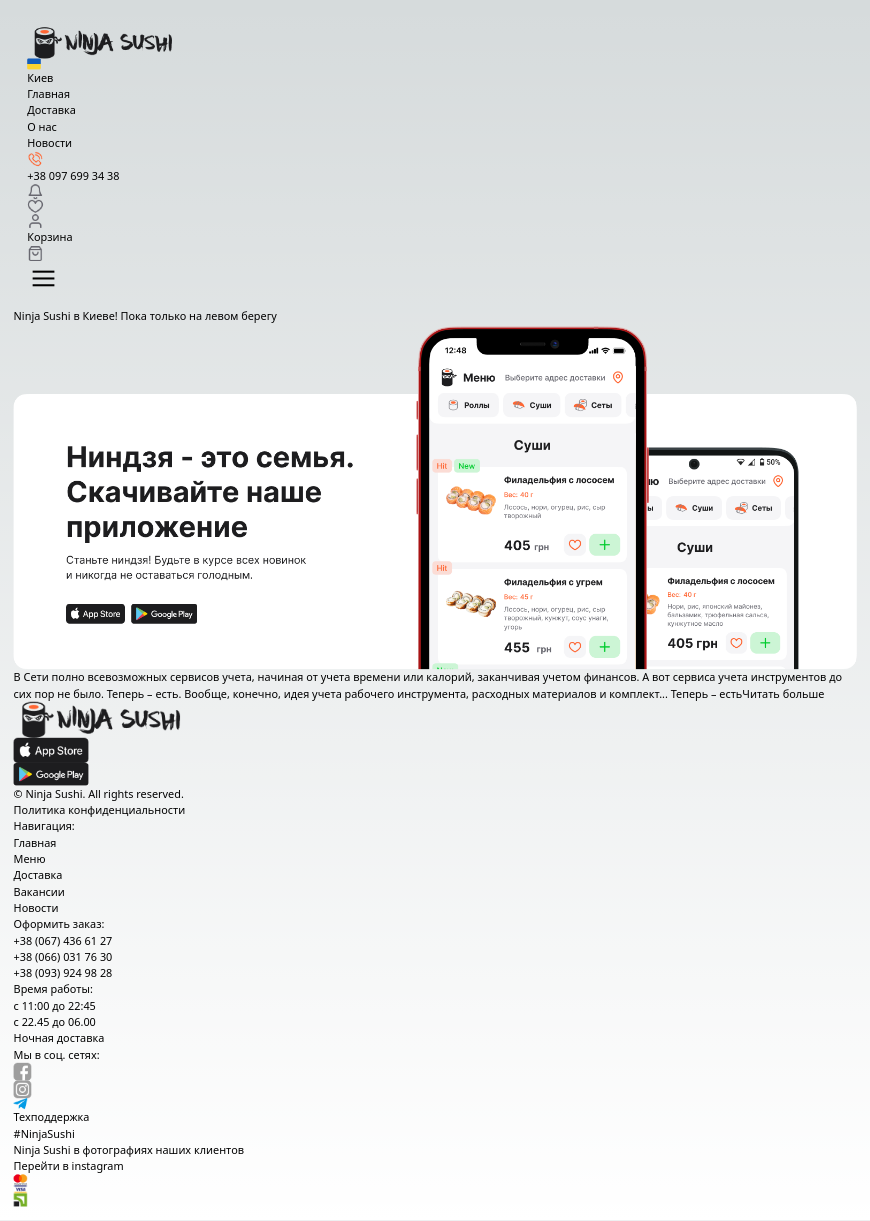
Repository: shokirovG/loyiha
Page: /News
An editor plug-in stored every save of this project. The page is shown before and after the next save, followed by the edit.
The browser window is 1280 px wide. The pictures show the whole page, at 68% of full size.
The project was rebuilt for these pictures with package versions that can differ from the ones it lists, and the page was loaded fresh each time. The framework's server and built-in components were replaced by stand-ins that run in the browser. Also part of the build but not shown: next.config.js, Components/Categories.jsx, Components/OpenNav.jsx.

Above is the page before, as saved 2023-07-01 13:38:27.

### pages/News.jsx
import { Header, Slider } from "@/Components";
import Footer from "@/Components/Footer";
import React from "react";

const News = () => {
  return (
    <div className="container p-5">
      <Header />
      <Slider />
      <Footer />
    </div>
  );
};

export default News;

### Components/index.js
export { default as Header } from "./Header";
export { default as Burger } from "./Burger";
export { default as Categories } from "./Categories";
export { default as Slider } from "./Slider";
export { default as OpenNav } from "./OpenNav";

### Components/Footer.jsx
import Image from "next/image";
import Link from "next/link";
import React from "react";

const Footer = () => {
  return (
    <div className="bigOne w-[100%] min-h-[160vh] gap-[50px] text-[16px] text-[#9E9E9E] flex flex-col justify-between mt-10">
      <Image src={"/imgs/play.png"} width={1500} height={644} />
      <p className="paragraph w-[60%] text-center m-auto">
        В Сети полно всевозможных сервисов учета, начиная от учета времени или
        калорий, заканчивая учетом финансов. А вот сервиса учета инструментов до
        сих пор не было. Теперь – есть. Вообще, конечно, идея учета рабочего
        инструмента, расходных материалов и комплект... Теперь – есть
        <span className="float-right text-[#00CC2D] mt-2">Читать больше</span>
      </p>
      <div className="footer flex items-center justify-evenly max-w-[100%] bg-white min-h-[376px] rounded-lg">
        <div className="w-[246px] h-[248px] flex flex-col items-center justify-between">
          <div className="w-[246px] h-[156px] flex flex-col items-center justify-around">
            <Image src={"/imgs/logo.png"} width={246} height={59} />
            <div className="w-[246px] flex justify-around">
              <Image src={"/imgs/appstore.png"} width={110} height={37} />
              <Image src={"/imgs/google.png"} width={110} height={37} />
            </div>
            <span className="text-[14px]">
              © Ninja Sushi. All rights reserved.
            </span>
          </div>
          <span className="text-[14px] text-[#1D1D1F] font-[500]">
            Политика конфиденциальности
          </span>
        </div>
        <div className="footer_items max-w-[754px] min-h-[184px] flex justify-between gap-10 mb-5">
          <ul className="flex flex-col gap-[5px] w-[101px] h-[100%]">
            <li className="text-[14px] text-[#686870]">Навигация:</li>
            <li>
              <Link
                className="text-[16px] text-[#1D1D1F] font-[500]"
                href={"/"}
              >
                Главная
              </Link>
            </li>
            <li>
              <Link
                className="text-[16px] text-[#1D1D1F] font-[500]"
                href={"#"}
              >
                Меню
              </Link>
            </li>
            <li>
              <Link
                className="text-[16px] text-[#1D1D1F] font-[500]"
                href={"#"}
              >
                Доставка
              </Link>
            </li>
            <li>
              <Link
                className="text-[16px] text-[#1D1D1F] font-[500]"
                href={"#"}
              >
                Вакансии
              </Link>
            </li>
            <li>
              <Link
                className="text-[16px] text-[#1D1D1F] font-[500]"
                href={"#"}
              >
                Новости
              </Link>
            </li>
          </ul>

          <ul className="w-[168px] h-[120px] flex flex-col items-start gap-[5px]">
            <li className="text-[14px] text-[#686870]">Оформить заказ:</li>
            <li>
              <Link
                className="text-[16px] text-[#1D1D1F] font-[500]"
                href={"/"}
              >
                +38 (067) 436 61 27
              </Link>
            </li>
            <li>
              <Link
                className="text-[16px] text-[#1D1D1F] font-[500]"
                href={"#"}
              >
                +38 (066) 031 76 30
              </Link>
            </li>
            <li>
              <Link
                className="text-[16px] text-[#1D1D1F] font-[500]"
                href={"#"}
              >
                +38 (093) 924 98 28
              </Link>
            </li>
          </ul>

          <ul className="w-[137px] h-[120px] flex flex-col items-start gap-[5px]">
            <li className="text-[14px] text-[#686870]">Время работы:</li>
            <li>
              <Link
                className="text-[16px] text-[#1D1D1F] font-[500]"
                href={"/"}
              >
                с 11:00 до 22:45
              </Link>
            </li>
            <li>
              <Link
                className="text-[16px] text-[#1D1D1F] font-[500]"
                href={"#"}
              >
                с 22.45 до 06.00
              </Link>
            </li>
            <li className="text-[14px] text-[#686870]">Ночная доставка</li>
          </ul>

          <div className="w-[174px] h-[120px] flex flex-col gap-[12px]">
            <span>Мы в соц. сетях:</span>
            <div className="flex w-[64px] h-[26px] justify-between">
              <Image src={"/imgs/face.png"} width={26} height={26} />
              <Image src={"/imgs/insta.png"} width={26} height={26} />
            </div>
            <button className="w-[160px] h-[40px] bg-[#F5F5F7] rounded-lg flex justify-around items-center p-[12px]">
              <Image src={"/imgs/telegram.png"} width={20} height={16} />
              <Link
                className="text-[#039BE5] text-[16px] font-mono font-[500]"
                href={"#"}
              >
                Техподдержка
              </Link>
            </button>
          </div>
        </div>
        <div className="others w-[246px] min-h-[248px] flex flex-col justify-between pt-[20px] items-center">
          <div className="w-[246px] h-[194] gap-[5px] flex flex-col">
            <h1
              className="title text-[42px] text-[#1D1D1F] font-[700]"
              id="title"
            >
              #NinjaSushi
            </h1>
            <p className="text-[#9E9E9E] text-[16px] line-[24px]" id="texts">
              Ninja Sushi в фотографиях наших клиентов
            </p>
            <button
              id="button"
              className="w-[246px] h-[56px] bg-[#F5F5F7] rounded-[12px] text-[#00CC2D] font-[500] text-[16px] font-[Inter]"
            >
              <Link href={"https://www.instagram.com/bektoshevich_01/"}>
                Перейти в instagram
              </Link>
            </button>
          </div>
          <div className="flex w-[105px] h-[18px] justify-around">
            <Image src={"/imgs/master.png"} width={20} height={16} />
            <Image src={"/imgs/visa.png"} width={20} height={16} />
            <Image src={"/imgs/pg.png"} width={20} height={16} />
          </div>
        </div>
      </div>
    </div>
  );
};

export default Footer;

### Components/Header.jsx
"use client";

import React from "react";
import Image from "next/image";
import { Burger } from ".";
import Link from "next/link";

const Header = () => {
  return (
    <header className="sm:w-auto p-5 md:flex lg:flex xl:flex items-center w-screen justify-around h-24 bg-white mb-[16px]">
      <div className="w-52 h-12">
        <Link href="/" className="">
          <Image src="/imgs/logo.PNG" alt="logo" width={214} height={48} />
        </Link>
      </div>
      <div className="w-3/4 sm:flex md:flex md:items-center md:justify-between lg:flex lg:items-center lg:justify-between">
        <ul className="lg:flex xl:flex md:flex 2xl:flex items-center w-3/6 justify-between gap-12 md:gap-2 lg:gap-12">
          <li className="flex w-20 justify-between items-center g-4 h-3">
            <Image src="/imgs/flag.PNG" alt="logo" width={20} height={2} />
            <a href="#" className="ml-2">
              Киев
            </a>
          </li>
          <li className="">
            <a href="#" className="">
              Главная
            </a>
          </li>
          <li className="">
            <a href="#" className="">
              Доставка
            </a>
          </li>
          <li className="w-12 flex">
            <a href="#" className="w-12">
              О нас
            </a>
          </li>
          <li className="">
            <a href="#" className="">
              Новости
            </a>
          </li>
          <li className="flex items-center">
            <a href="#" className="w-48 justify-around flex items-center">
              <Image src="/imgs/tel.PNG" alt="logo" width={24} height={24} />
              <span>+38 097 699 34 38</span>
            </a>
          </li>
        </ul>
        <div className="flex items-center w-80 h-14">
          <div className="flex w-12 border items-center justify-center h-12 rounded-lg">
            <Image src="/imgs/bell.PNG" alt="logo" width={24} height={24} />
          </div>
          <div className="flex w-12 border items-center ml-2 justify-center h-12 rounded-lg">
            <Image src="/imgs/like.PNG" alt="logo" width={24} height={24} />
          </div>
          <div className="flex w-12 border items-center ml-2 justify-center h-12 rounded-lg">
            <Image src="/imgs/person.PNG" alt="logo" width={24} height={24} />
          </div>
          <div className="flex w-32 justify-around ml-2 border items-center h-12 rounded-lg">
            <span>Корзина</span>
            <Image src="/imgs/cart.PNG" alt="logo" width={24} height={24} />
          </div>
        </div>
      </div>

      <Burger />
    </header>
  );
};
export default Header;

### Components/Burger.jsx
"use client";

import Hamburger from "hamburger-react";
import React, { useState } from "react";
import { OpenNav } from ".";

const Burger = () => {
  const [isOpen, settOpen] = useState(false);
  return (
    <div className="burger">
      <Hamburger toggled={isOpen} toggle={settOpen} />
      {isOpen ? <OpenNav /> : null}
    </div>
  );
};

export default Burger;

### Components/Slider.js
"use client";

import React from "react";
import { Swiper, SwiperSlide } from "swiper/react";
import "swiper/css";
import "swiper/css/pagination";
import { Pagination } from "swiper";
import Image from "next/image";

const Slider = () => {
  return (
    <Swiper
      pagination={true}
      modules={[Pagination]}
      className="mySwiper h-[600px] w-[100%] mt-10"
    >
      <SwiperSlide>
        <div>
          <h1>Ninja Sushi в Киеве! Пока только на левом берегу</h1>
          <Image
            className="w-[300px]"
            src={"/imgs/new.png"}
            width={1}
            height={336}
          />
        </div>
      </SwiperSlide>
      <SwiperSlide>
        <div>
          <h1>Ninja Sushi в Киеве! Пока только на левом берегу</h1>
        </div>
      </SwiperSlide>
      <SwiperSlide>
        <div>
          <h1>Ninja Sushi в Киеве! Пока только на левом берегу</h1>
        </div>
      </SwiperSlide>
      <SwiperSlide>
        <div>
          <h1>Ninja Sushi в Киеве! Пока только на левом берегу</h1>
        </div>
      </SwiperSlide>
    </Swiper>
  );
};

export default Slider;

Loaded but not shown: pages/_app.js (common file); pages/_document.js (common file); styles/globals.css (common file); tailwind.config.js (common file)

After the next save:
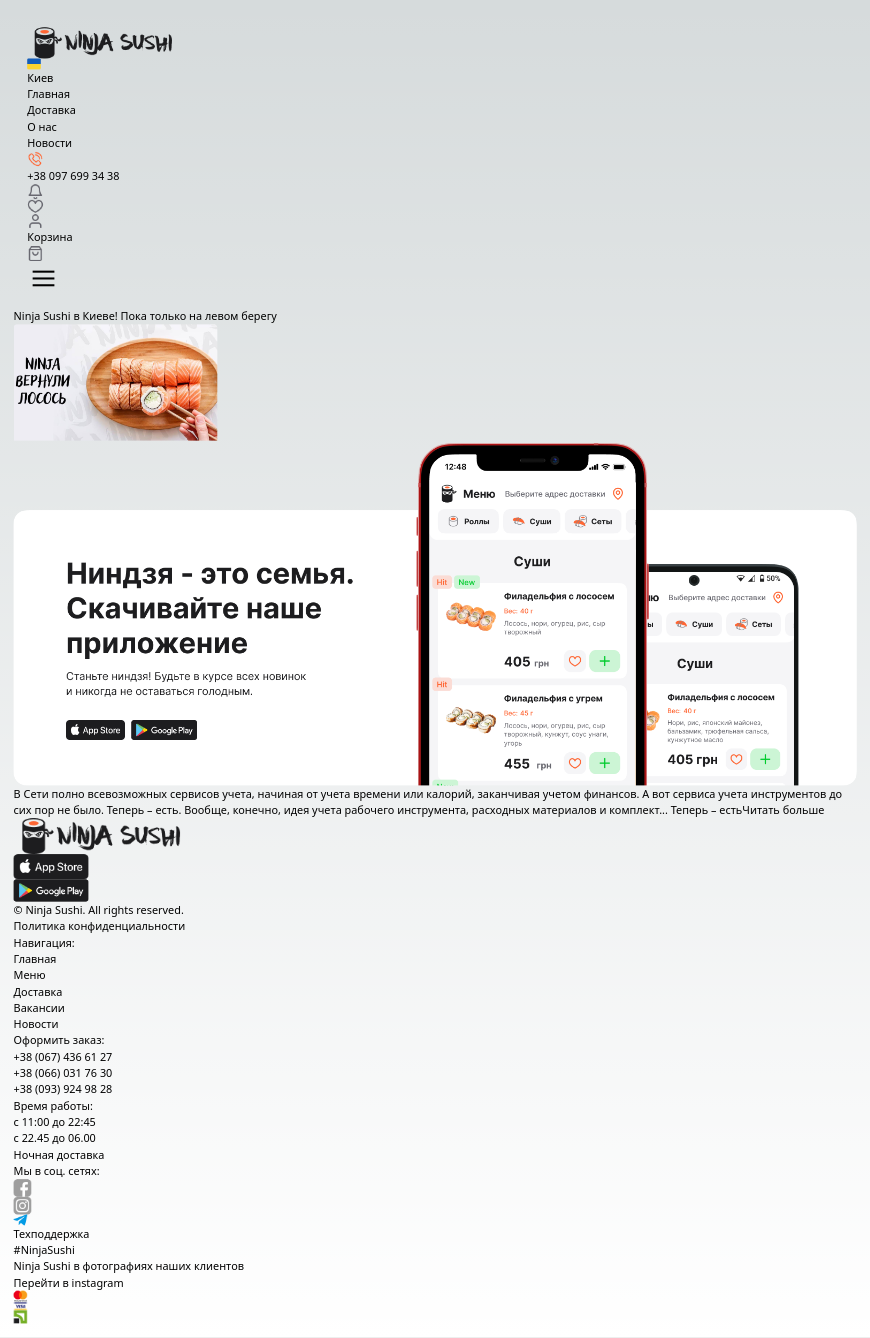
Saved 6 s later.
--- a/Components/Slider.js
+++ b/Components/Slider.js
@@ -20,7 +20,7 @@
           <Image
             className="w-[300px]"
             src={"/imgs/new.png"}
-            width={1}
+            width={300}
             height={336}
           />
         </div>
